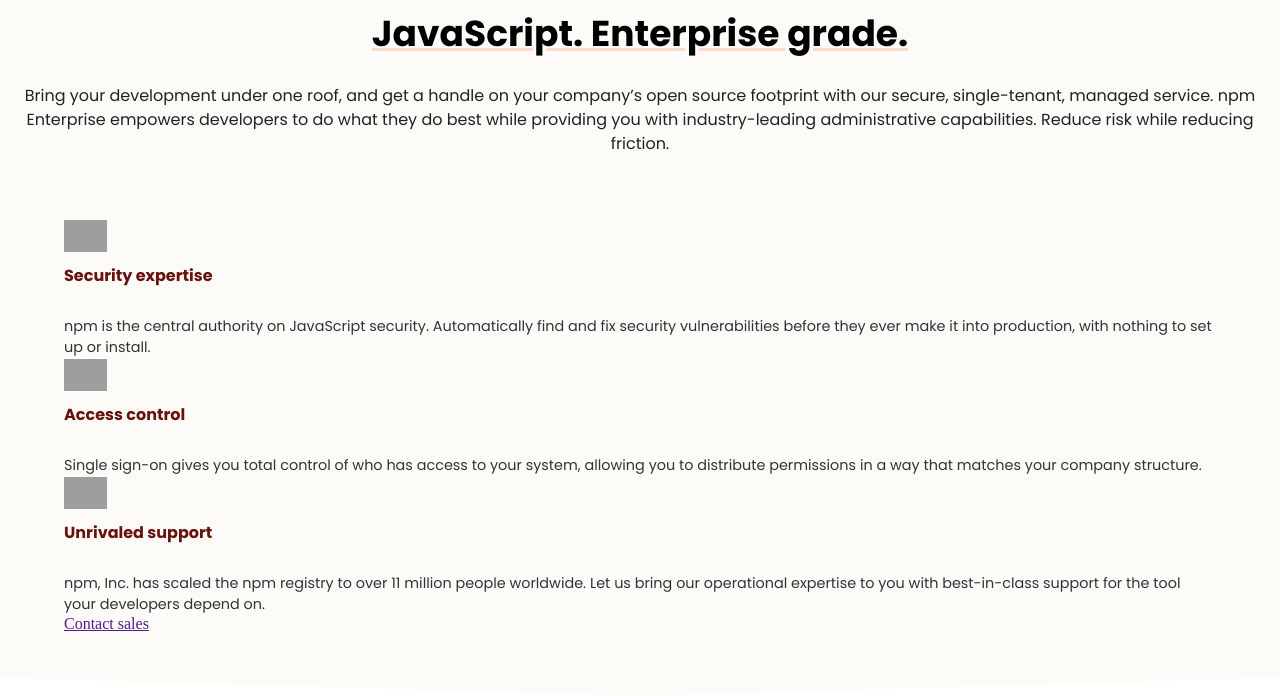
Repository: MarilynCuore/Ejercicico4
Page: index.html
An editor plug-in stored every save of this project. The page is shown before and after the next save, followed by the edit.
The browser window is 1280 px wide. The pictures show the part of the page from y = 2936 to 3653 px (the page is 3632 px tall before and 3653 px after).
Pictures or frames that could not be fetched are drawn as grey boxes. Some web libraries are served in a nearby version. The style sheet was rebuilt from its Sass, Less or Tailwind sources for each picture, by a compiler version that may differ from the author's.

Above is the page before, as saved 2019-05-26 22:56:48.

After the next save:
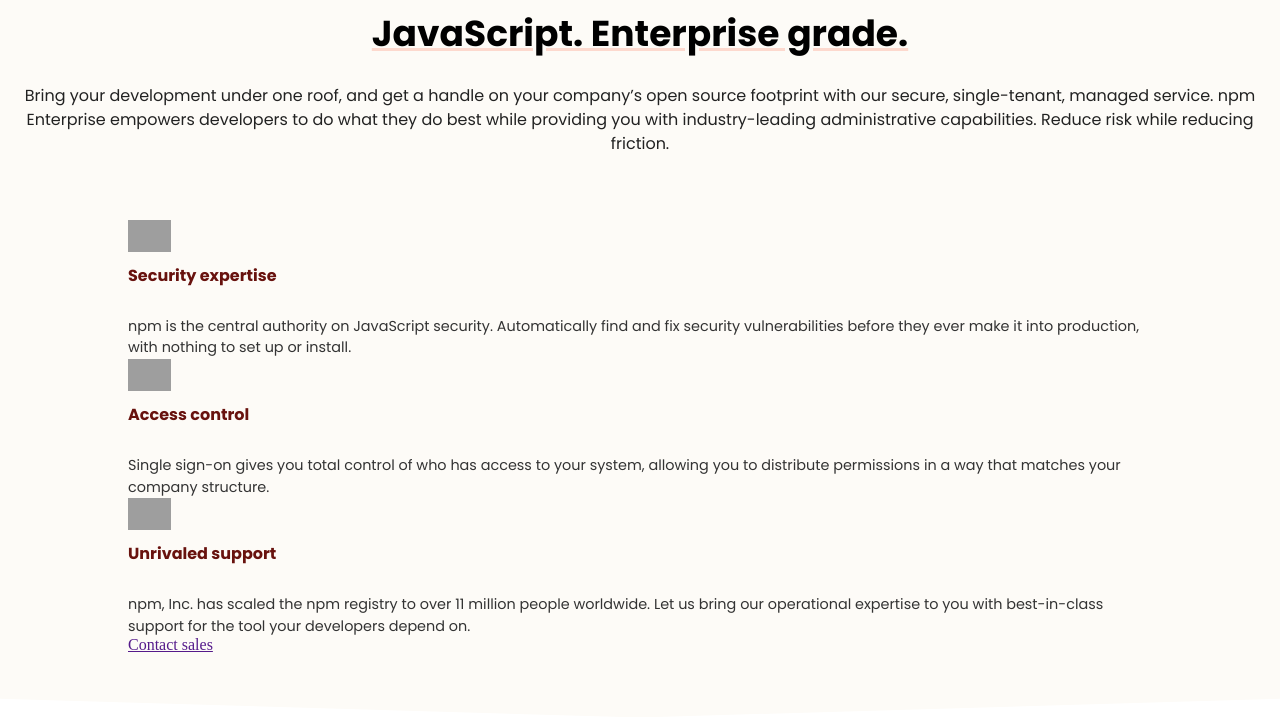
Saved 14 s later.
--- a/styles/styles.scss
+++ b/styles/styles.scss
@@ -422,7 +422,7 @@
   }
   .wrapper-section-five {
     margin: 0 auto;
-    max-width: 90%;
+    max-width: 80%;
     padding-left: 1rem;
     padding-right: 1rem;
     padding-top: 4rem;
